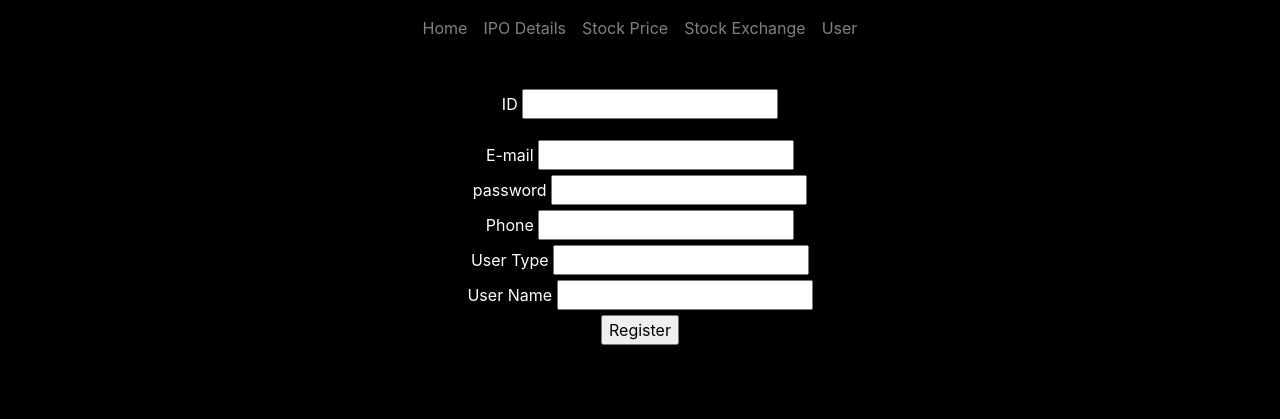
Repository: Gurudutt-S/cts-training
Page: http://localhost/StockExchangeChartingWeb/WEB-INF/views/users.jsp
The author's editor kept a copy of each file at every save. The page is drawn from the files as they stood at one save, then again after the next save.
The browser window is 1280 px wide. The pictures show the whole page.
The page is served by Tomcat 9. Nobody is signed in. The template is opened directly, without the code that normally fills it, so the values that code supplies are empty.

Above is the page before, as saved 2020-02-12 05:55:49.
Console error (its wording comes from the project's code and is left out).

After the next save:
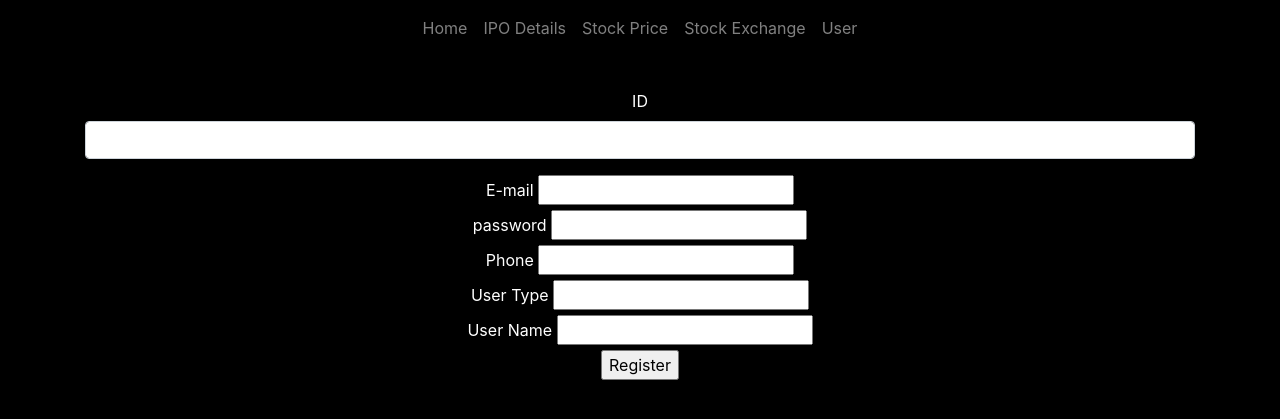
Saved 11 s later.
--- a/Day_36/StockExchangeChartingWeb/src/main/webapp/WEB-INF/views/users.jsp
+++ b/Day_36/StockExchangeChartingWeb/src/main/webapp/WEB-INF/views/users.jsp
@@ -11,7 +11,7 @@
 
 		<div class="form-group">
 			<form:label path="id">ID</form:label>
-			<form:input path="id"></form:input>
+			<form:input path="id" class="form-control"></form:input>
 		</div>
 		<div>
 			<form:label path="email">E-mail</form:label>
